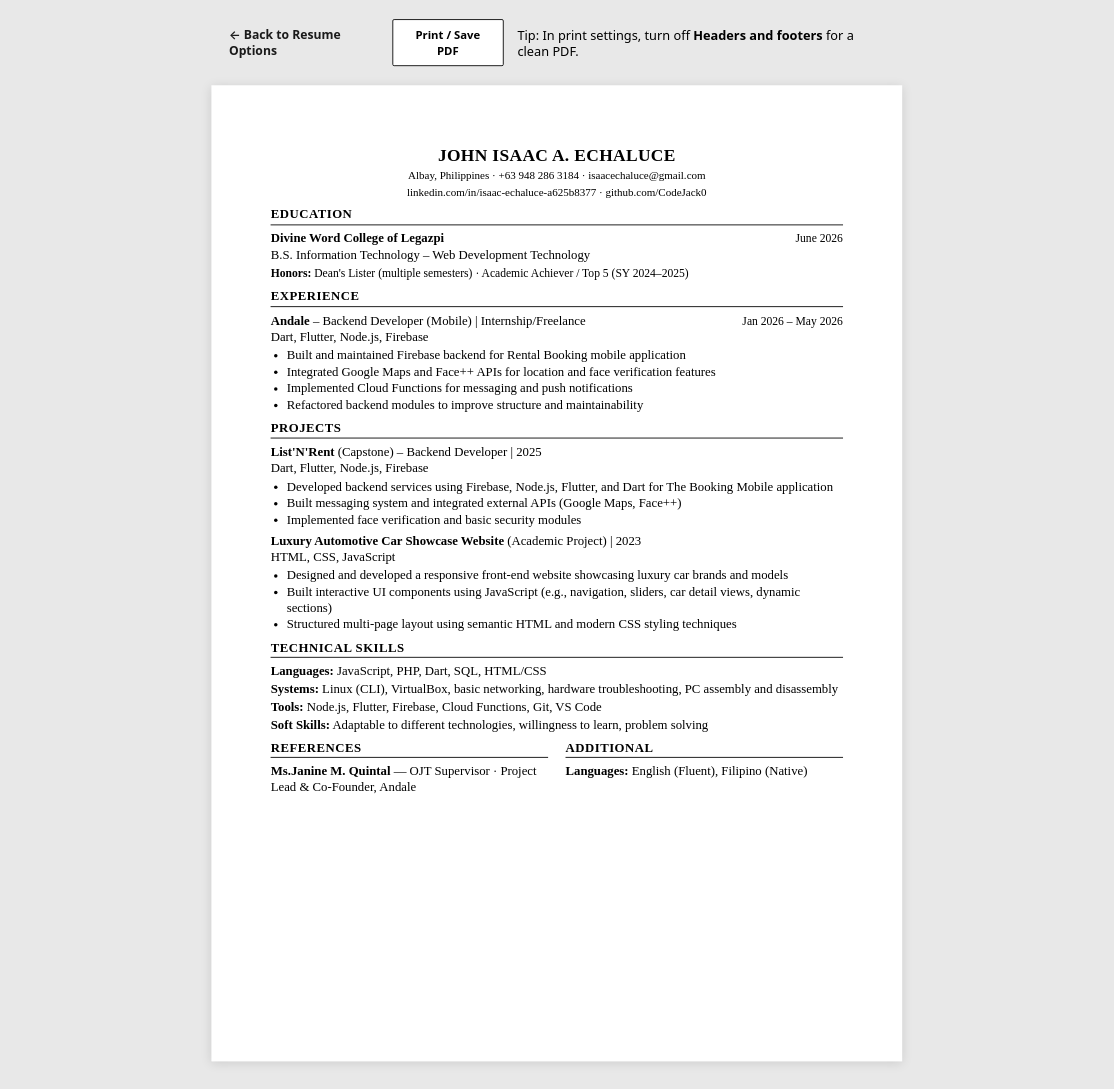
Repository: CodeJack0/Professional_Portfolio
Page: pages/resume_development.html
An editor plug-in stored every save of this project. The page is shown before and after the next save, followed by the edit.
The browser window is 1280 px wide. The pictures show the whole page, at 87% of full size.

Above is the page before, as saved 2026-06-01 07:49:51.

### pages/resume_development.html
<!DOCTYPE html>
<html lang="en">
<head>
  <meta charset="UTF-8" />
  <meta name="viewport" content="width=device-width, initial-scale=1.0" />
  <meta name="description" content="Resume / CV — John Isaac A. Echaluce, IT Graduate" />
  <title>Resume</title>
  <link rel="stylesheet" href="../css/resume.css" />
</head>
<body class="resume-page">
  <div class="resume-toolbar no-print">
    <a href="resumes.html" class="toolbar-link">← Back to Resume Options</a>
    <button type="button" class="toolbar-btn" onclick="printResume()">Print / Save PDF</button>
    <p class="print-hint no-print">Tip: In print settings, turn off <strong>Headers and footers</strong> for a clean PDF.</p>
  </div>

  <article class="resume-document" aria-label="Resume">
    <header class="resume-header">
      <h1 class="resume-name">John Isaac A. Echaluce</h1>
      <p class="resume-contact-line">
        Albay, Philippines · <a href="tel:+639482863184">+63 948 286 3184</a> ·
        <a href="mailto:isaacechaluce@gmail.com">isaacechaluce@gmail.com</a>
      </p>
      <p class="resume-contact-line resume-contact-line--links">
        <a href="https://www.linkedin.com/in/isaac-echaluce-a625b8377/" rel="noopener noreferrer">linkedin.com/in/isaac-echaluce-a625b8377</a> ·
        <a href="https://github.com/CodeJack0" rel="noopener noreferrer">github.com/CodeJack0</a>
      </p>
    </header>

    <main class="resume-content">
      <section class="resume-section">
        <h2 class="resume-section-title">Education</h2>

        <div class="entry">
          <div class="entry-row">
            <span class="entry-left"><strong>Divine Word College of Legazpi</strong></span>
            <span class="entry-right">June 2026</span>
          </div>
          <div class="entry-row entry-row--sub">
            <span class="entry-left">B.S. Information Technology – Web Development Technology</span>
          </div>
          <p class="honors-line">
            <strong>Honors:</strong> Dean's Lister (multiple semesters) · Academic Achiever / Top 5 (SY 2024–2025)
          </p>
        </div>
      </section>

      <section class="resume-section">
        <h2 class="resume-section-title">Experience</h2>

        <div class="entry">
          <div class="entry-row">
            <span class="entry-left"><strong>Andale</strong> – Backend Developer (Mobile) | Internship/Freelance</span>
            <span class="entry-right">Jan 2026 – May 2026</span>
          </div>
          <div class="entry-row entry-row--sub">
            <span class="entry-left">Dart, Flutter, Node.js, Firebase</span>
          </div>
          <ul class="resume-list">
            <li>Built and maintained Firebase backend for Rental Booking mobile application</li>
            <li>Integrated Google Maps and Face++ APIs for location and face verification features</li>
            <li>Implemented Cloud Functions for messaging and push notifications</li>
            <li>Refactored backend modules to improve structure and maintainability</li>
          </ul>
        </div>
      </section>

      <section class="resume-section">
        <h2 class="resume-section-title">Projects</h2>

        <div class="entry">
          <div class="entry-row">
            <span class="entry-left"><strong>List'N'Rent </strong> (Capstone) – Backend Developer | 2025</span>
            <span class="entry-right"></span>
          </div>
          <div class="entry-row entry-row--sub">
            <span class="entry-left">Dart, Flutter, Node.js, Firebase</span>
          </div>
          <ul class="resume-list">
            <li>Developed backend services using Firebase, Node.js, Flutter, and Dart for The Booking Mobile application</li>
            <li>Built messaging system and integrated external APIs (Google Maps, Face++)</li>
            <li>Implemented face verification and basic security modules</li>
          </ul>
        </div>

        <div class="entry">
          <div class="entry-row">
            <span class="entry-left"><strong>Luxury Automotive Car Showcase Website</strong> (Academic Project) | 2023</span>
            <span class="entry-right"></span>
          </div>
          <div class="entry-row entry-row--sub">
            <span class="entry-left">HTML, CSS, JavaScript</span>
          </div>
          <ul class="resume-list">
            <li>Designed and developed a responsive front-end website showcasing luxury car brands and models</li>
            <li>Built interactive UI components using JavaScript (e.g., navigation, sliders, car detail views, dynamic sections)</li>
            <li>Structured multi-page layout using semantic HTML and modern CSS styling techniques</li>

        </div>


      <section class="resume-section">
        <h2 class="resume-section-title">Technical Skills</h2>
        <p class="skills-line"><strong>Languages:</strong> JavaScript, PHP, Dart, SQL, HTML/CSS</p>
        <p class="skills-line"><strong>Systems:</strong> Linux (CLI), VirtualBox, basic networking, hardware troubleshooting, PC assembly and disassembly</p>
        <p class="skills-line"><strong>Tools:</strong> Node.js, Flutter, Firebase, Cloud Functions, Git, VS Code</p>
        <p class="skills-line"><strong>Soft Skills:</strong> Adaptable to different technologies, willingness to learn, problem solving</p>
      </section>


      <section class="resume-section resume-section--combined">
        <div class="resume-two-col">
          <div>
            <h2 class="resume-section-title">References</h2>
            <p class="skills-line"><strong>Ms.Janine M. Quintal</strong> — OJT Supervisor · Project Lead &amp; Co-Founder, Andale</p>
          </div>
          <div>
            <h2 class="resume-section-title">Additional</h2>
            <p class="skills-line"><strong>Languages:</strong> English (Fluent), Filipino (Native)</p>
          </div>
        </div>
      </section>
    </main>
  </article>
  <script src="../js/resume-print.js"></script>
</body>
</html>

### css/resume.css
/* Harvard-style resume — conservative, single column, print-first (A4) */

:root {
  --resume-page-width: 210mm;
  --resume-page-height: 297mm;
  --resume-page-margin: 18mm;
}

*,
*::before,
*::after {
  box-sizing: border-box;
}

body.resume-page {
  margin: 0;
  font-family: "Times New Roman", Times, Georgia, serif;
  font-size: 11pt;
  line-height: 1.25;
  color: #000;
  background: #e8e8e8;
  -webkit-font-smoothing: antialiased;
}

/* Toolbar (screen only) */
.resume-toolbar {
  display: flex;
  align-items: center;
  justify-content: space-between;
  max-width: var(--resume-page-width);
  margin: 0 auto;
  padding: 1rem 1.25rem;
  gap: 1rem;
  font-family: system-ui, -apple-system, sans-serif;
}

.toolbar-link {
  font-size: 0.875rem;
  font-weight: 600;
  color: #1a1a1a;
  text-decoration: none;
}

.toolbar-link:hover {
  text-decoration: underline;
}

.toolbar-btn {
  font-family: inherit;
  font-size: 0.8125rem;
  font-weight: 600;
  padding: 0.5rem 1rem;
  border: 1px solid #000;
  border-radius: 2px;
  background: #fff;
  color: #000;
  cursor: pointer;
}

.toolbar-btn:hover {
  background: #f5f5f5;
}

/* Document */
.resume-document {
  width: 100%;
  max-width: var(--resume-page-width);
  min-height: var(--resume-page-height);
  margin: 0 auto 2rem;
  padding: var(--resume-page-margin);
  background: #fff;
  box-shadow: 0 2px 12px rgba(0, 0, 0, 0.12);
}

/* Header */
.resume-header {
  text-align: center;
  margin-bottom: 0.45rem;
}

.resume-name {
  font-size: 15pt;
  font-weight: 700;
  margin: 0 0 0.2rem;
  letter-spacing: 0.02em;
  text-transform: uppercase;
}

.resume-tagline {
  margin: 0;
  font-size: 10pt;
  font-style: italic;
}

.resume-summary {
  margin: 0.35rem auto 0;
  max-width: 95%;
  font-size: 10pt;
  line-height: 1.4;
  text-align: center;
}

.resume-contact-line {
  margin: 0.15rem 0 0;
  font-size: 9.5pt;
  line-height: 1.35;
}

.resume-contact-line--links {
  margin-top: 0.1rem;
}

.resume-contact-line a {
  color: inherit;
  text-decoration: none;
}

.resume-contact-line a:hover {
  text-decoration: underline;
}

.honors-line {
  margin: 0.2rem 0 0;
  font-size: 10pt;
  line-height: 1.35;
}

.entry-note {
  margin: 0.15rem 0 0;
  font-size: 9.5pt;
  font-style: italic;
  line-height: 1.35;
}

/* Sections */
.resume-content {
  margin: 0;
}

.resume-section {
  margin-bottom: 0.45rem;
}

.entry--compact {
  margin-bottom: 0.2rem;
}

.resume-two-col {
  display: grid;
  grid-template-columns: 1fr 1fr;
  gap: 1.25rem;
  align-items: start;
}

.resume-two-col .resume-section-title {
  margin-top: 0;
}

.resume-section--combined {
  margin-bottom: 0;
}

.skills-line--muted {
  font-size: 9.5pt;
  font-style: italic;
}

.resume-section:last-child {
  margin-bottom: 0;
}

.resume-section-title {
  font-size: 11pt;
  font-weight: 700;
  text-transform: uppercase;
  letter-spacing: 0.04em;
  margin: 0.5rem 0 0.35rem;
  padding-bottom: 0.15rem;
  border-bottom: 1px solid #000;
}

.resume-section:first-child .resume-section-title {
  margin-top: 0;
}

/* Entries */
.entry {
  margin-bottom: 0.35rem;
}

.entry:last-child {
  margin-bottom: 0;
}

.entry-row {
  display: flex;
  justify-content: space-between;
  align-items: baseline;
  gap: 1rem;
}

.entry-row--sub {
  margin-top: 0.05rem;
}

.entry-left {
  flex: 1;
  min-width: 0;
}

.entry-right {
  flex-shrink: 0;
  white-space: nowrap;
  font-size: 10pt;
}

/* Lists */
.resume-list {
  margin: 0.15rem 0 0;
  padding-left: 1.15rem;
}

.resume-list li {
  margin-bottom: 0.05rem;
}

.resume-list--plain {
  list-style: disc;
  padding-left: 1.15rem;
}

/* Skills */
.skills-line {
  margin: 0.15rem 0 0;
}

.skills-line:first-of-type {
  margin-top: 0.1rem;
}

.resume-section--inline .skills-line {
  margin-top: 0.1rem;
}

.skills-grid {
  display: grid;
  grid-template-columns: 1fr 1fr;
  gap: 0.75rem;
  margin-top: 0.1rem;
}

.skills-grid .resume-list {
  margin: 0;
}

/* Responsive */
@media (max-width: 640px) {
  .resume-document {
    min-height: auto;
    padding: 1rem;
  }

  .resume-contact-line {
    font-size: 9pt;
  }

  .entry-row {
    flex-direction: column;
    gap: 0.1rem;
  }

  .entry-right {
    white-space: normal;
  }

  .resume-two-col {
    grid-template-columns: 1fr;
    gap: 0.5rem;
  }
}

/* Print */
@media print {
  @page {
    size: A4;
    margin: 0;
  }

  body.resume-page {
    background: #fff;
    font-size: 11pt;
  }

  .no-print {
    display: none !important;
  }

  .resume-document {
    max-width: none;
    min-height: auto;
    margin: 0;
    padding: var(--resume-page-margin);
    box-shadow: none;
  }

  .resume-contact-line a {
    text-decoration: none;
  }

  .entry,
  .resume-section {
    break-inside: avoid;
  }
}

### js/resume-print.js
/**
 * Clean print/PDF: clears page title so browser header shows less text.
 * Pair with @page { margin: 0 } in resume.css and disable "Headers and footers" in print dialog.
 */
(function () {
  let savedTitle = document.title;

  function preparePrint() {
    savedTitle = document.title;
    document.title = " ";
  }

  function restorePrint() {
    if (savedTitle) {
      document.title = savedTitle;
    }
  }

  window.addEventListener("beforeprint", preparePrint);
  window.addEventListener("afterprint", restorePrint);

  window.printResume = function () {
    preparePrint();
    window.print();
    setTimeout(restorePrint, 1500);
  };
})();

After the next save:
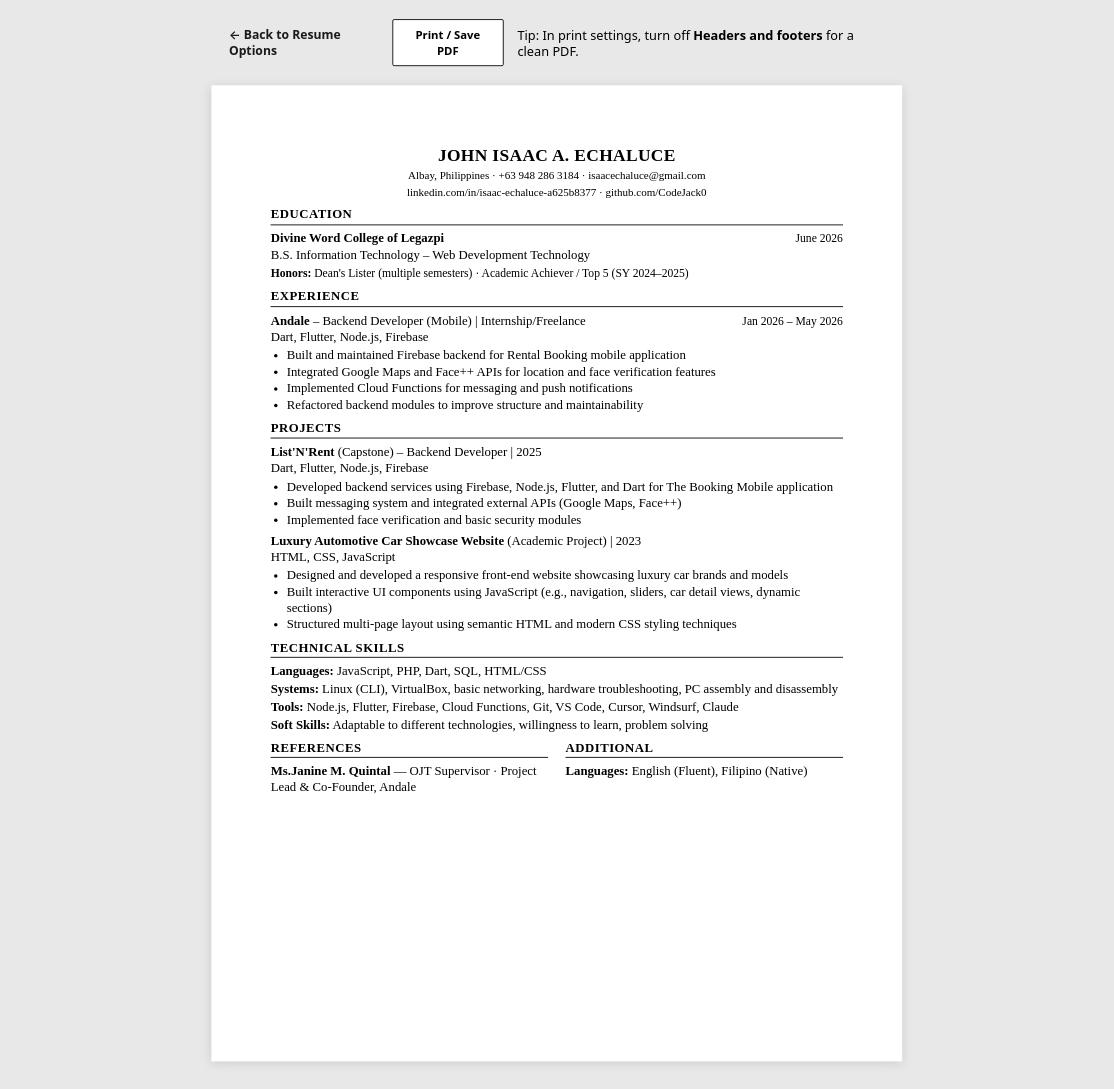
Saved 24 h 40 min later.
--- a/pages/resume_development.html
+++ b/pages/resume_development.html
@@ -103,7 +103,7 @@
         <h2 class="resume-section-title">Technical Skills</h2>
         <p class="skills-line"><strong>Languages:</strong> JavaScript, PHP, Dart, SQL, HTML/CSS</p>
         <p class="skills-line"><strong>Systems:</strong> Linux (CLI), VirtualBox, basic networking, hardware troubleshooting, PC assembly and disassembly</p>
-        <p class="skills-line"><strong>Tools:</strong> Node.js, Flutter, Firebase, Cloud Functions, Git, VS Code</p>
+        <p class="skills-line"><strong>Tools:</strong> Node.js, Flutter, Firebase, Cloud Functions, Git, VS Code, Cursor, Windsurf, Claude</p>
         <p class="skills-line"><strong>Soft Skills:</strong> Adaptable to different technologies, willingness to learn, problem solving</p>
       </section>
 
